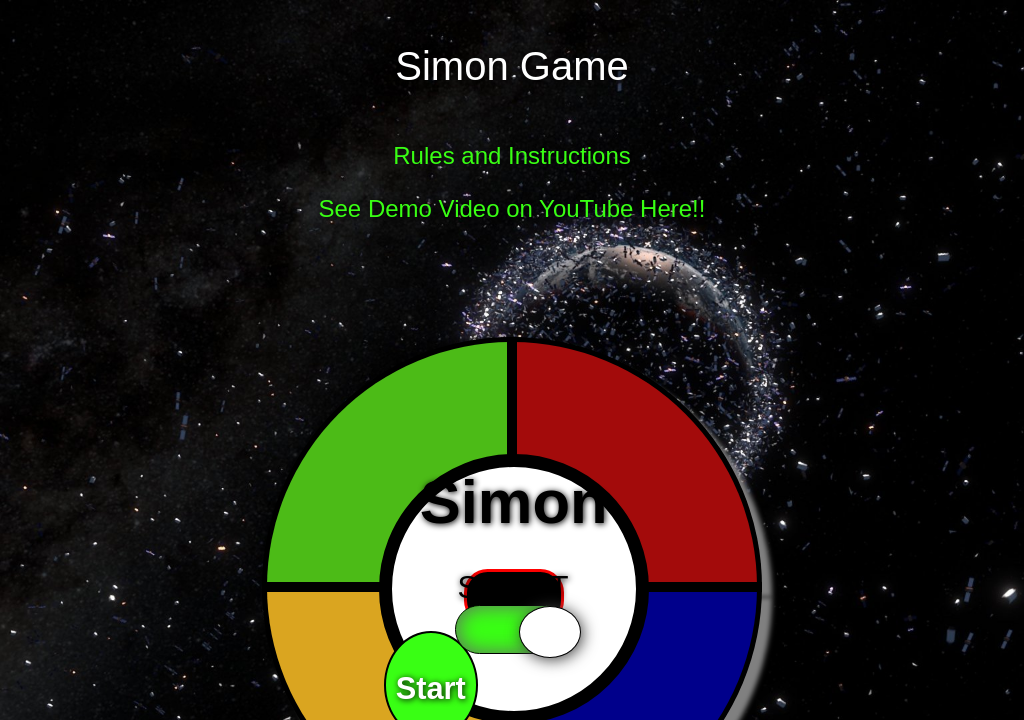
Repository: cgaynor91/Simon-Memory-Game
Page: index.html
The author's editor kept a record of every edit. The page is drawn from the files as they stood at one moment, then again after the next edit.
The browser window is 1024 px wide. The pictures show the whole page.
An inner scrolling area shows only its first screen. Some web fonts or font styles are not loaded; a fallback is used.

Above is the page before.

After the next edit:
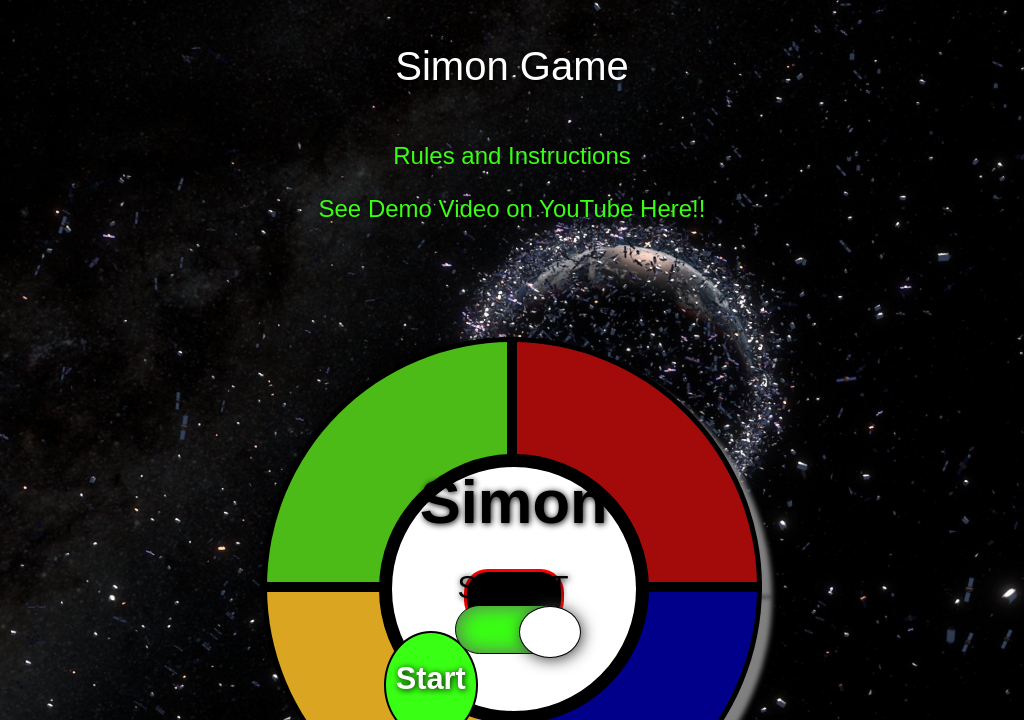
The edit:
--- a/assets/css/style.css
+++ b/assets/css/style.css
@@ -368,6 +368,7 @@
 
   #start {
     font-size: 3vw;
+    line-height: 7vw;
     height: 10.5vw;
     width: 11.3vw;
     margin-right: 16.2vw;
